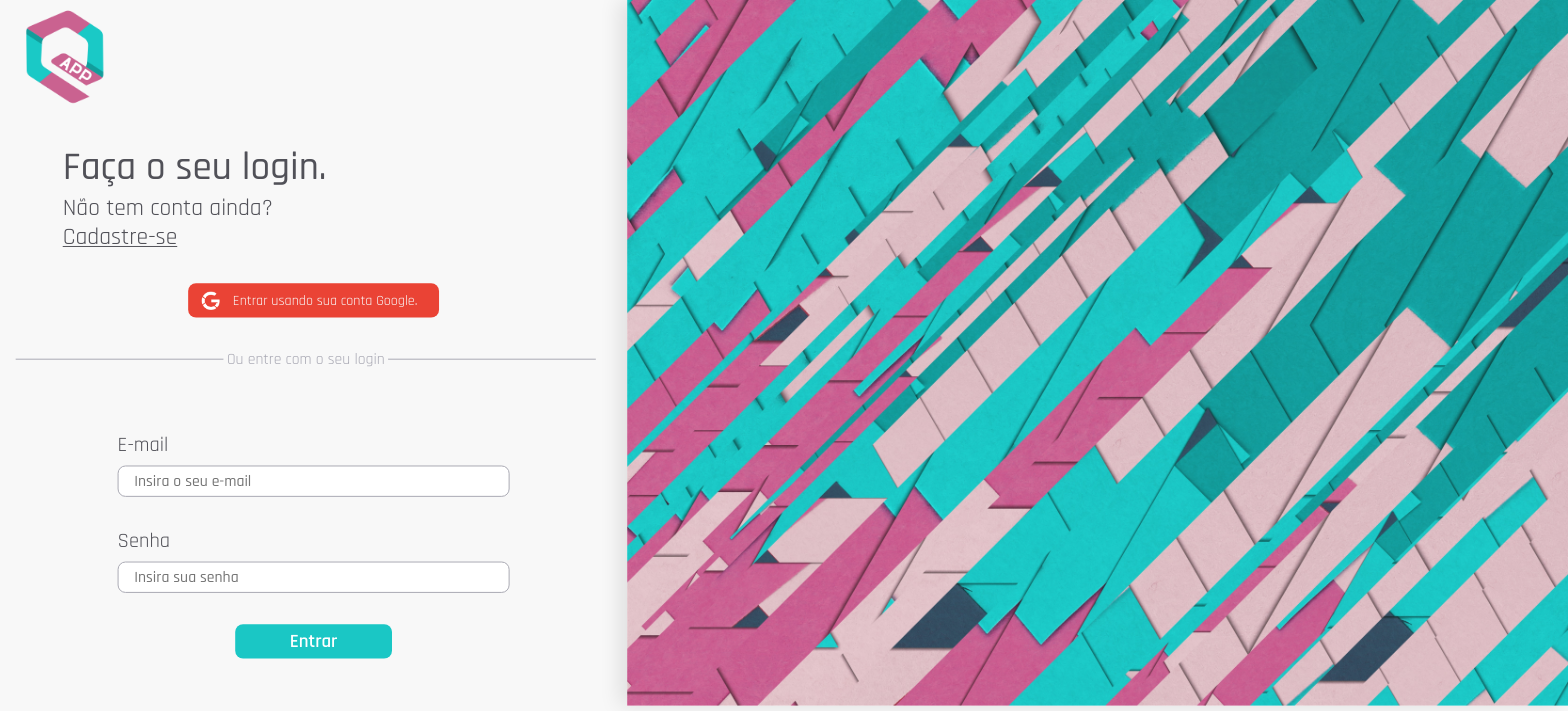
Repository: kika-cavalher/qapp-web
Page: /
An editor plug-in stored every save of this project. The page is shown before and after the next save, followed by the edit.
The browser window is 1280 px wide. The page is 1600 px wide, so the pictures cover 1600 px, including what lies to the right of the window. The pictures show the whole page, at 98% of full size.
The page's requests for data from a server got no answer. The project was rebuilt for these pictures with package versions that can differ from the ones it lists, and the page was loaded fresh each time. No one was signed in, and anything a server would have sent is missing. Also part of the build but not shown: src/pages/Register.tsx.

Above is the page before, as saved 2022-02-28 17:01:43.

After the next save:
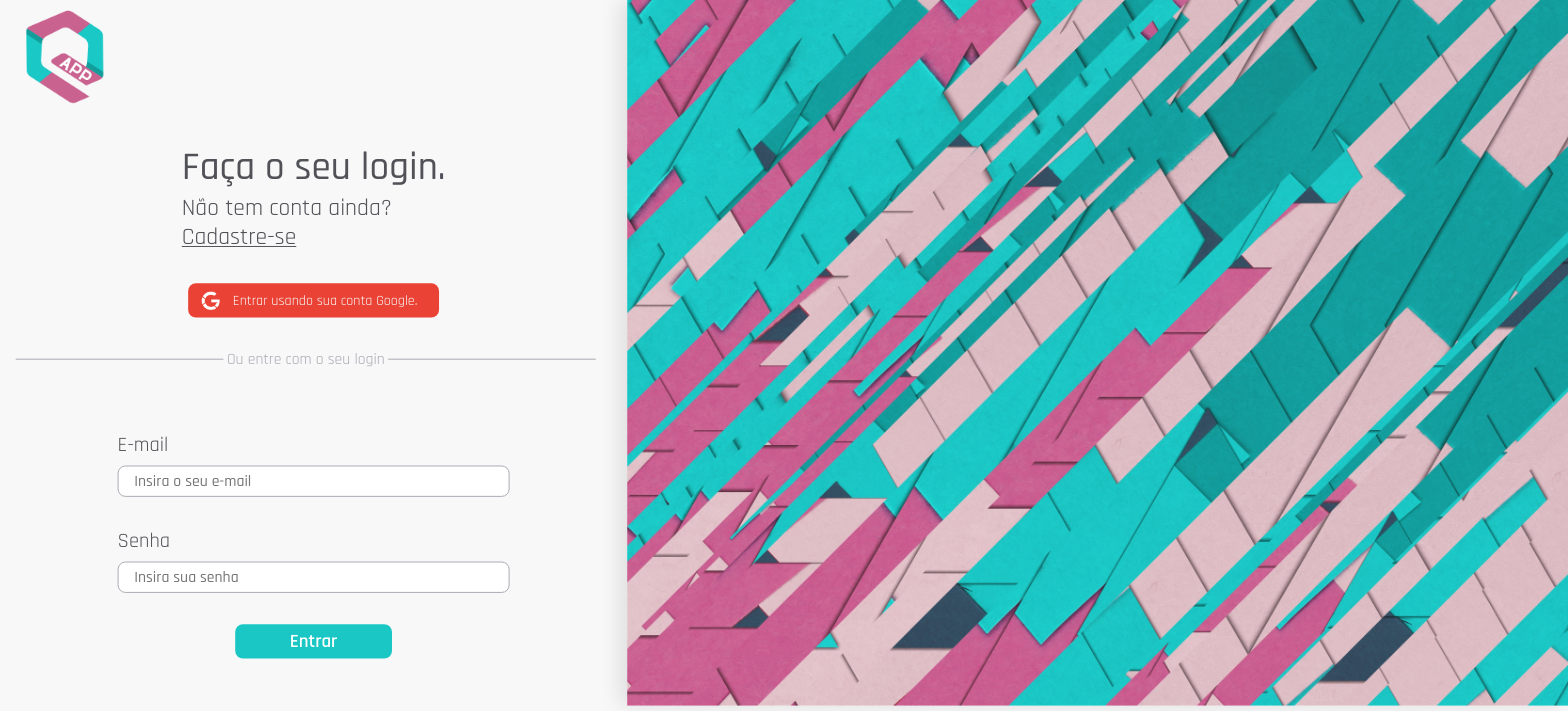
Saved 7 min 50 s later.
--- a/src/pages/Login.tsx
+++ b/src/pages/Login.tsx
@@ -25,12 +25,13 @@ export function LoginPage() {
                         <img onClick={navigateToHome} id="img-logo" src={logoQapp} alt="Logo da empresa QApp" />
                     </div>
                     <div className='page-login--main__title'>
-                        <h1>Faça o seu login.</h1>
-                        <h2>Não tem conta ainda? </h2>
-                        <Link to='/register' className='page-login--main__link-register'>
-                        Cadastre-se
-                        </Link>
-                        {/* <Link to="/">Cadastre-se</Link> */}
+                        <div className='page-login--container__title'>
+                            <h1>Faça o seu login.</h1>
+                            <h2>Não tem conta ainda? </h2>
+                            <Link to='/register' className='page-login--main__link-register'>
+                            Cadastre-se
+                            </Link>
+                        </div>
                     </div>
                     <div className='page-login--main__google'>
                         <button className='btn__google'>
--- a/src/styles/pages/login.scss
+++ b/src/styles/pages/login.scss
@@ -43,8 +43,21 @@ main{
 .page-login--main__title {
     display: flex;
     flex-direction: column;
-    margin: 2rem 3rem;
-
+    align-items: center;
+    margin: 2rem 0;
+
+    @include monitor {
+        margin: 2rem 3rem;
+    }
+
+    @include tablet {
+    }
+
+    @include phone {
+    }
+}
+
+.page-login--container__title{
     h1 {
         font-weight: 500;
 
